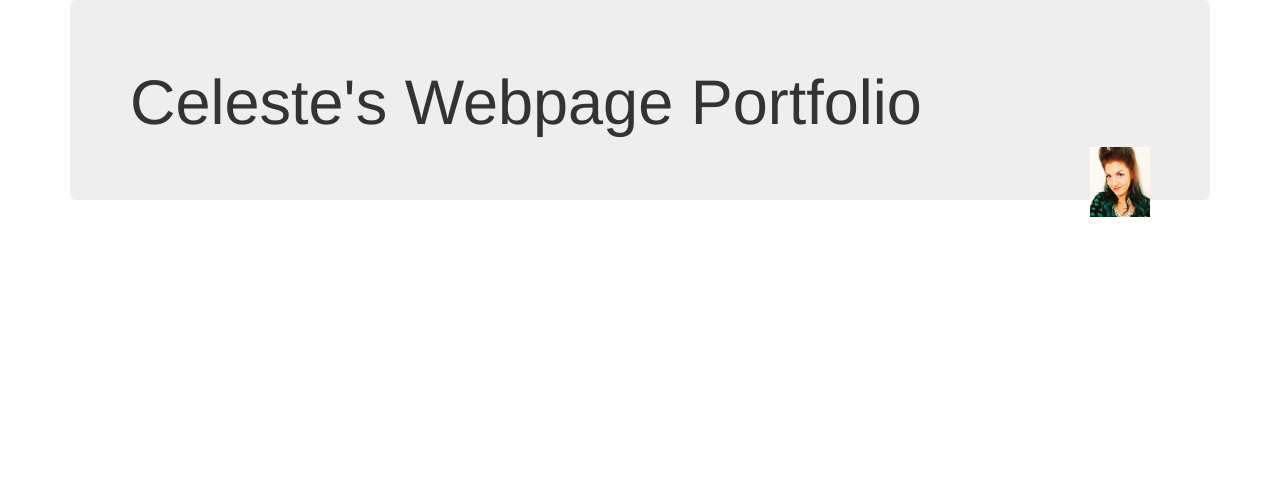
Repository: fieldceleste/portfolio-celeste
Page: portfolio-celeste.html
An editor plug-in stored every save of this project. The page is shown before and after the next save, followed by the edit.
The browser window is 1280 px wide. The pictures show the whole page.

Above is the page before, as saved 2019-11-01 12:02:36.

After the next save:
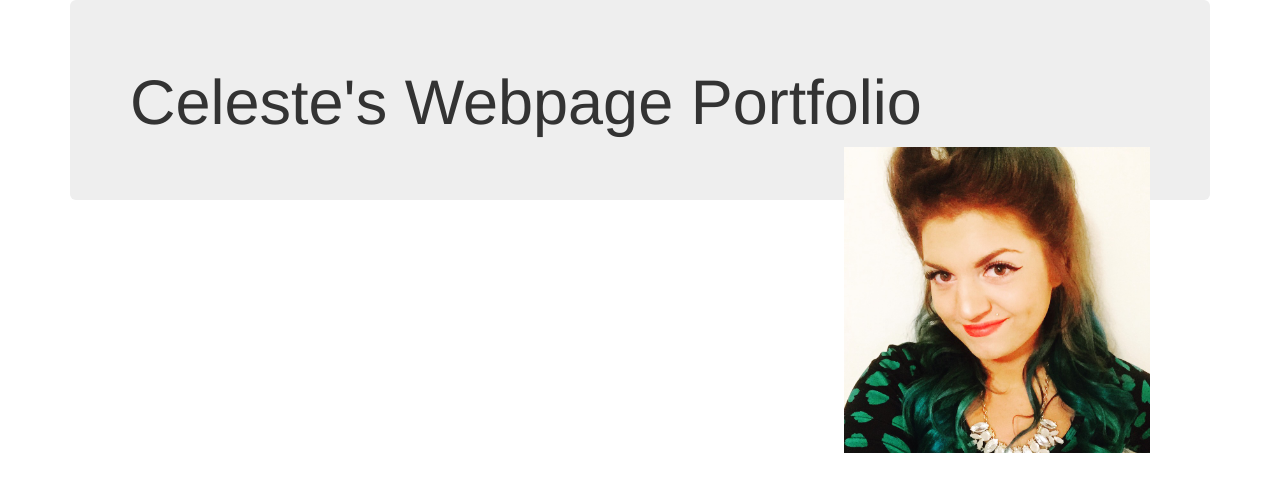
Saved 20 s later.
--- a/css/styles.css
+++ b/css/styles.css
@@ -1,6 +1,6 @@
 img{
 float:right;
-width: 60px;
-height:70px;
+width: 30%;
+height:50%;
 
 }
